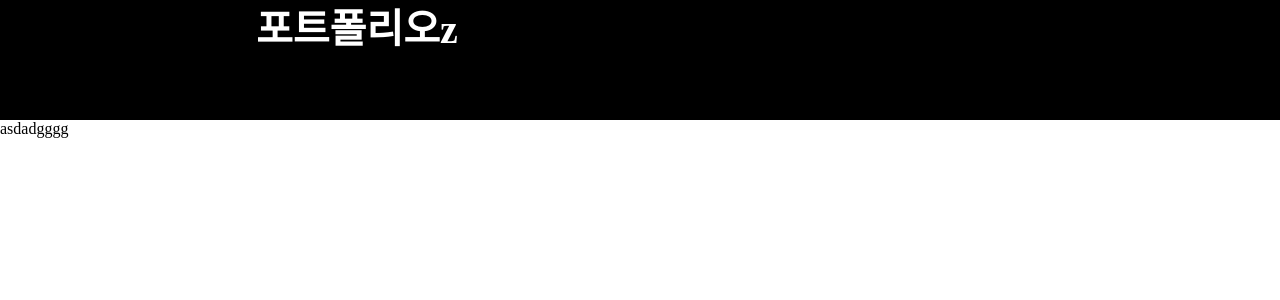
Repository: ItChoi/CSS-Study
Page: Css/WebContent/html/boostcourse/project-A1/portfolio.html
The author's editor kept a copy of each file at every save. The page is drawn from the files as they stood at one save, then again after the next save.
The browser window is 1280 px wide. The pictures show the whole page.

Above is the page before, as saved 2019-06-17 12:10:49.

### Css/WebContent/html/boostcourse/project-A1/portfolio.html
<!DOCTYPE html>
<html>
<head>
	<link href="../../../css/boostcourse/project-A1/portfolio.css" rel="stylesheet" type="text/css">

</head>
<body>
	<div class="wrap">

		<div class="header">

		</div>

		<div class="content">

			<div class="con_header">
				<span class="title">포트폴리오z</span>
			</div>

			<div class="con_content">


			</div>

		</div>

		<div class="footer">
		asdadgggg
		</div>


	</div>

</body>
</html>

### Css/WebContent/css/boostcourse/project-A1/portfolio.css
html, body, .wrap {
	margin: 0px;
	padding: 0px;
}

.header {
	width: 100%;
	height: 120px;
	background: #000;

	position: relative;

}

.content {
	position: absolute;
	top: 0;
	left: 20%;
	right: 20%;
}

.con_header {
	width: 1000px;
	height: 120px;
	line-height: 60px;
}

.title {
	color: white;
	font-size: 40px;
	font-weight: bold;
}

After the next save:
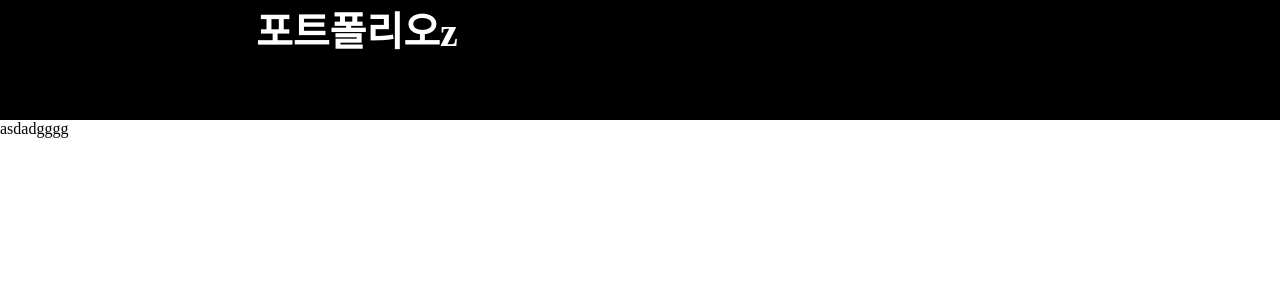
Saved 10 s later.
--- a/Css/WebContent/css/boostcourse/project-A1/portfolio.css
+++ b/Css/WebContent/css/boostcourse/project-A1/portfolio.css
@@ -22,7 +22,6 @@ html, body, .wrap {
 .con_header {
 	width: 1000px;
 	height: 120px;
-	line-height: 60px;
 }
 
 .title {
